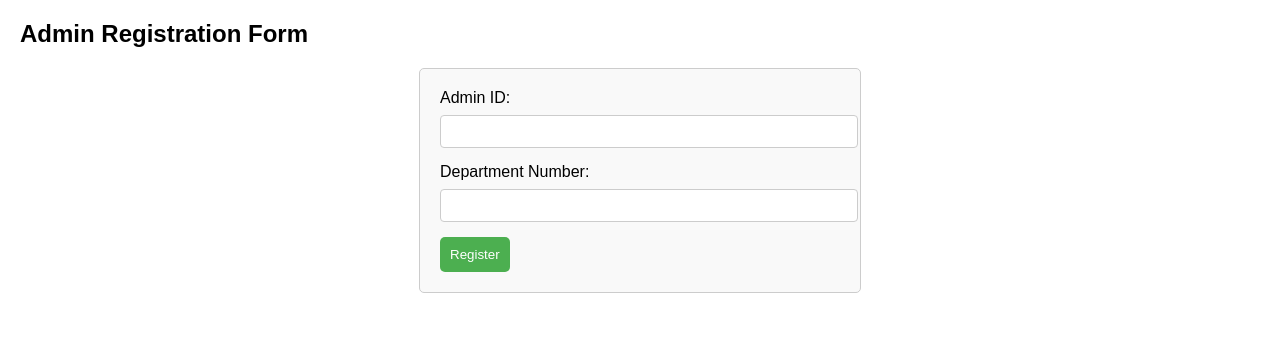
Repository: LokeshGundrathi/AssignmentLeucine
Page: AssignmentProjectLeucine/src/main/webapp/AdminRegistrationForm.html
The author's editor kept a copy of each file at every save. The page is drawn from the files as they stood at one save, then again after the next save.
The browser window is 1280 px wide. The pictures show the whole page.

Above is the page before, as saved 2024-09-27 19:50:14.

### AssignmentProjectLeucine/src/main/webapp/AdminRegistrationForm.html
<!DOCTYPE html>
<html lang="en">
<head>
    <meta charset="UTF-8">
    <meta name="viewport" content="width=device-width, initial-scale=1.0">
    <title>Admin Registration Form</title>
    <style>
        body {
            font-family: Arial, sans-serif;
            margin: 20px;
        }
        form {
            max-width: 400px;
            margin: auto;
            padding: 20px;
            border: 1px solid #ccc;
            border-radius: 5px;
            background-color: #f9f9f9;
        }
        label {
            display: block;
            margin-bottom: 8px;
        }
        input[type="text"], input[type="number"] {
            width: 100%;
            padding: 8px;
            margin-bottom: 15px;
            border: 1px solid #ccc;
            border-radius: 4px;
        }
        input[type="submit"] {
            background-color: #4CAF50;
            color: white;
            padding: 10px;
            border: none;
            border-radius: 5px;
            cursor: pointer;
        }
        input[type="submit"]:hover {
            background-color: #45a049;
        }
        .button {
    background-color: #4CAF50; /* Green background */
    border: none; /* No border */
    color: white; /* White text */
    padding: 15px 32px; /* Padding around the text */
    text-align: center; /* Centered text */
    text-decoration: none; /* No underline */
    display: inline-block; /* Allows setting width/height */
    font-size: 16px; /* Text size */
    margin: 4px 2px; /* Small margin */
    cursor: pointer; /* Pointer cursor on hover */
    border-radius: 8px; /* Rounded corners */
    transition: background-color 0.3s; /* Smooth background change */
}

.button:hover {
    background-color: #45a049; /* Darker green on hover */
}
    </style>
</head>
<body>

<h2>Admin Registration Form</h2>
<form action="admin" method="get">
    <label for="id">Admin ID:</label>
    <input type="text" id="id" name="id" required>

    <label for="deptno">Department Number:</label>
    <input type="number" id="deptno" name="deptno" required>

    <input type="submit" value="Register">
</form>

</body>
</html>

After the next save:
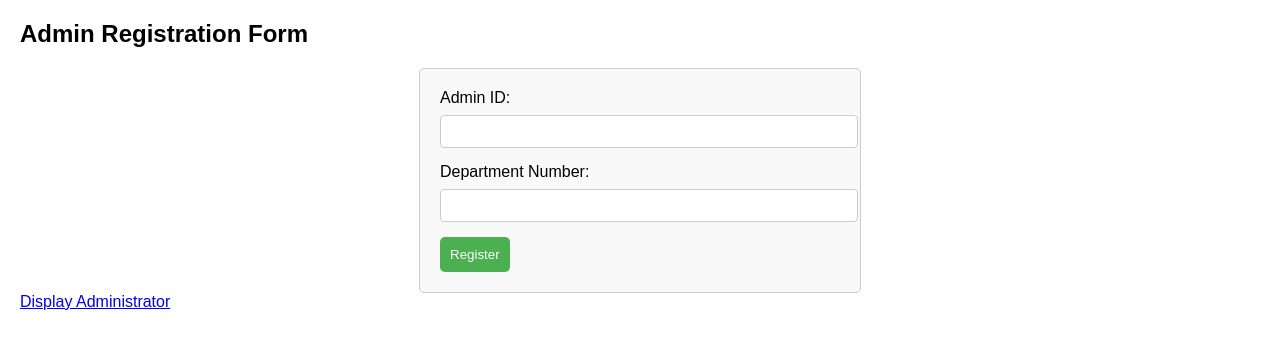
Saved 70 s later.
--- a/AssignmentProjectLeucine/src/main/webapp/AdminRegistrationForm.html
+++ b/AssignmentProjectLeucine/src/main/webapp/AdminRegistrationForm.html
@@ -71,6 +71,6 @@
 
     <input type="submit" value="Register">
 </form>
-
+<a href="DisplayAdminstrator.jsp">Display Administrator</a>
 </body>
 </html>
